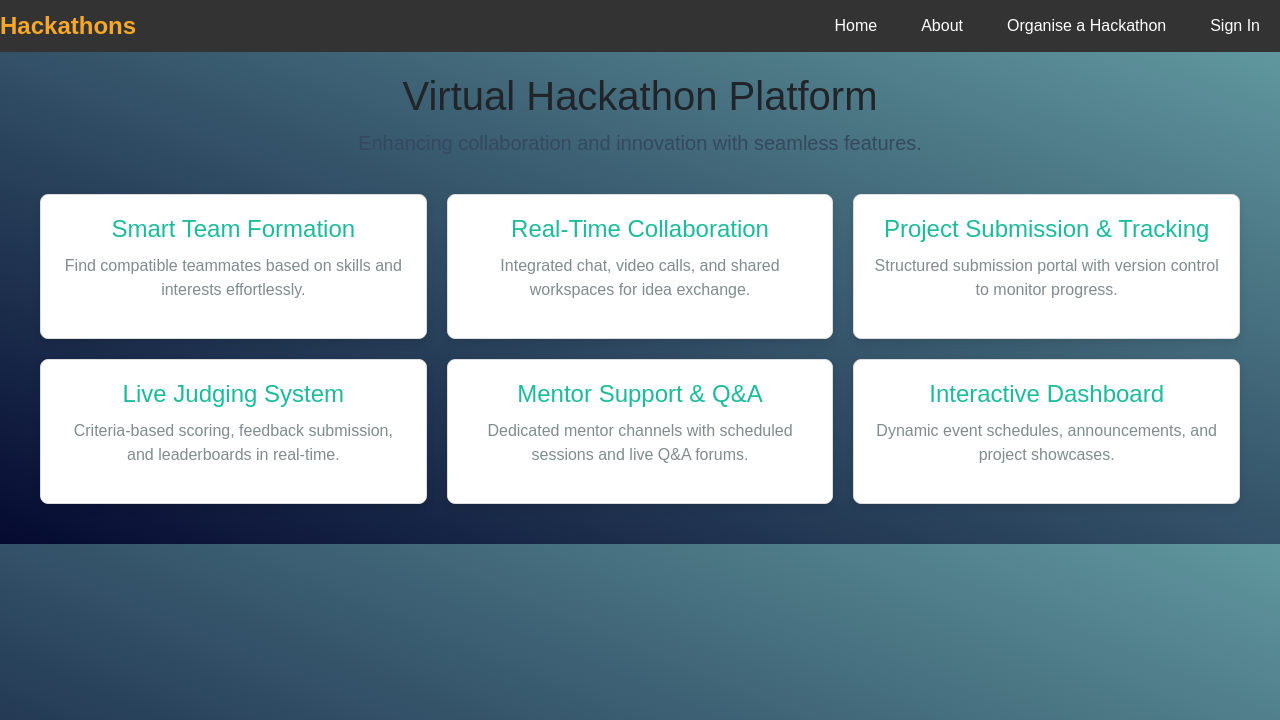
Repository: Ken-Kanike/RUBIX25_41_TECHTITANS
Page: / (app in backend/client/)
The author's editor kept a copy of each file at every save. The page is drawn from the files as they stood at one save, then again after the next save.
The browser window is 1280 px wide. The pictures show the whole page.
The project was rebuilt for these pictures with package versions that can differ from the ones it lists, and the page was loaded fresh each time. Also part of the build but not shown: backend/client/src/signin.js, backend/client/src/dashboardUSER.css, backend/client/src/dashboardUnavbar.js, backend/client/src/dashboardUSER.js.

Above is the page before, as saved 2025-01-23 02:13:07.

### backend/client/public/index.html
<!DOCTYPE html>
<html lang="en">
  <head>
    <meta charset="utf-8" />
    <!-- <link rel="icon" href="%PUBLIC_URL%/favicon.ico" /> -->
    <meta name="viewport" content="width=device-width, initial-scale=1" />
    <meta name="theme-color" content="#000000" />
    <!-- <meta
      name="description"
      content="Web site created using create-react-app"
    />
    <link rel="apple-touch-icon" href="%PUBLIC_URL%/logo192.png" />

      manifest.json provides metadata used when your web app is installed on a
      user's mobile device or desktop. See https://developers.google.com/web/fundamentals/web-app-manifest/

    <link rel="manifest" href="%PUBLIC_URL%/manifest.json" /> -->

    <title>React App</title>
    <link
      href="https://cdnjs.cloudflare.com/ajax/libs/font-awesome/5.15.3/css/all.min.css"
      rel="stylesheet"
    />
  </head>
  <body>
    <noscript>You need to enable JavaScript to run this app.</noscript>
    <div id="root"></div>

  </body>
</html>

### backend/client/src/App.js
import React from 'react';
import { BrowserRouter as Router, Route, Routes } from 'react-router-dom';
import Navbar from './navbar';
import HomePage from './homepage';
import SignInPage from './signin';
import Dashboard from "./dashboardUSER";
import './App.css';

function App() {
  return (
    <Router>
      <Navbar />
      <Routes>
        <Route path="/" element={<HomePage />} />
        <Route path="/signin" element={<SignInPage />} />
        <Route path="/dashboard" element={<Dashboard />} />
      </Routes>
    </Router>
  );
}

export default App;

### backend/client/src/navbar.js

import React from 'react';
import { Link, useLocation } from 'react-router-dom';
import './navbar.css';

const Navbar = () => {
    const location = useLocation();

    return (
        <nav className="navbar">
            <div className="navbar-logo">Hackathons</div>
            <ul className="navbar-links">

                {location.pathname !== "/signin" && (
                    <li><Link to="/">Home</Link></li>
                )}
                <li><Link to="#about">About</Link></li>
                <li><Link to="#organise">Organise a Hackathon</Link></li>
                {location.pathname === "/signin" ? (
                    <li><Link to="/">Home</Link></li>
                ) : (
                    <li><Link to="/signin">Sign In</Link></li>
                )}
            </ul>
        </nav>
    );
};

export default Navbar;

### backend/client/src/homepage.js
import React from 'react';
import './homepage.css';

const HomePage = () => {
    return (
        <div className="homepage-container">
            <h1>Virtual Hackathon Platform</h1>
            <p>Enhancing collaboration and innovation with seamless features.</p>

            <div className="features-section">
                <div className="feature-box">
                    <h2>Smart Team Formation</h2>
                    <p>Find compatible teammates based on skills and interests effortlessly.</p>
                </div>
                <div className="feature-box">
                    <h2>Real-Time Collaboration</h2>
                    <p>Integrated chat, video calls, and shared workspaces for idea exchange.</p>
                </div>
                <div className="feature-box">
                    <h2>Project Submission & Tracking</h2>
                    <p>Structured submission portal with version control to monitor progress.</p>
                </div>
                <div className="feature-box">
                    <h2>Live Judging System</h2>
                    <p>Criteria-based scoring, feedback submission, and leaderboards in real-time.</p>
                </div>
                <div className="feature-box">
                    <h2>Mentor Support & Q&A</h2>
                    <p>Dedicated mentor channels with scheduled sessions and live Q&A forums.</p>
                </div>
                <div className="feature-box">
                    <h2>Interactive Dashboard</h2>
                    <p>Dynamic event schedules, announcements, and project showcases.</p>
                </div>
            </div>
        </div>
    );
};

export default HomePage;

### backend/client/src/App.css
body {
  margin: 0;
  padding: 0;
  background: linear-gradient(to bottom left, #60979e, #050a30);
  color: #e2d6c7;
  font-family: Arial, sans-serif;
}
.App {
  text-align: center;
}

.App-logo {
  height: 40vmin;
  pointer-events: none;
}

@media (prefers-reduced-motion: no-preference) {
  .App-logo {
    animation: App-logo-spin infinite 20s linear;
  }
}

.App-header {
  background-color: #282c34;
  min-height: 100vh;
  display: flex;
  flex-direction: column;
  align-items: center;
  justify-content: center;
  font-size: calc(10px + 2vmin);
  color: white;
}

.App-link {
  color: #61dafb;
}

@keyframes App-logo-spin {
  from {
    transform: rotate(0deg);
  }
  to {
    transform: rotate(360deg);
  }
}

### backend/client/src/navbar.css

.navbar {
    display: flex;
    justify-content: space-between;
    align-items: center;
    padding: 0.8rem 2rem;
    background-color: #333;
    color: white;
    font-family: Arial, sans-serif;
}

.navbar-logo {
    font-size: 1.5rem;
    font-weight: bold;
    color: #f9a825;
}

.navbar-links {
    list-style: none;
    display: flex;
    gap: 1.5rem;
    margin: 0;
    padding: 0;
}

.navbar-links li {
    display: inline;
}

.navbar-links a {
    text-decoration: none;
    color: white;
    font-size: 1rem;
    transition: color 0.3s ease;
}

.navbar-links a:hover {
    color: #f9a825;
}

### backend/client/src/homepage.css

.homepage-container {
    font-family: Arial, sans-serif;
    padding: 20px;
    text-align: center;
    background: linear-gradient(to bottom left, #60979e, #050a30);
}


h1 {
    color: #ffffff;
    font-size: 36px;
    margin-bottom: 10px;
}

p {
    font-size: 20px;
    color: #34495e;
    margin-bottom: 20px;
}


.features-section {
    display: grid;
    grid-template-columns: repeat(auto-fit, minmax(300px, 1fr));
    gap: 20px;
    padding: 20px;
}


.feature-box {
    background-color: #ffffff;
    border: 1px solid #ddd;
    border-radius: 8px;
    padding: 20px;
    box-shadow: 0 4px 8px rgba(0, 0, 0, 0.1);
    transition: transform 0.3s ease, box-shadow 0.3s ease;
}

.feature-box:hover {
    transform: translateY(-5px);
    box-shadow: 0 8px 16px rgba(0, 0, 0, 0.2);
}

.feature-box h2 {
    font-size: 24px;
    color: #1abc9c;
    margin-bottom: 10px;
}

.feature-box p {
    font-size: 16px;
    color: #7f8c8d;
}

### backend/client/src/dashboardUnavbar.css
/* Navbar Styles */
.navbar {
    display: flex;
    justify-content: space-between;
    align-items: center;
    padding: 10px 20px;
    background-color: #333;
    color: #fff;
}

.navbar-logo {
    font-size: 24px;
    font-weight: bold;
}

.navbar-links {
    list-style-type: none;
    margin: 0;
    padding: 0;
    display: flex;
}

.navbar-links li {
    margin-right: 20px;
}

.navbar-links li a {
    color: #fff;
    text-decoration: none;
}

.navbar-profile {
    position: relative;
}

.profile-circle {
    width: 40px;
    height: 40px;
    border-radius: 50%;
    background-color: #fff;
    display: flex;
    justify-content: center;
    align-items: center;
    overflow: hidden;
    cursor: pointer;
}

.profile-circle img {
    width: 100%;
    height: 100%;
    object-fit: cover;
}

.profile-circle span {
    font-size: 20px;
    color: #333;
}

Loaded but not shown: backend/client/src/index.js (common file); backend/client/src/index.css (common file); backend/client/src/reportWebVitals.js (common file)

After the next save:
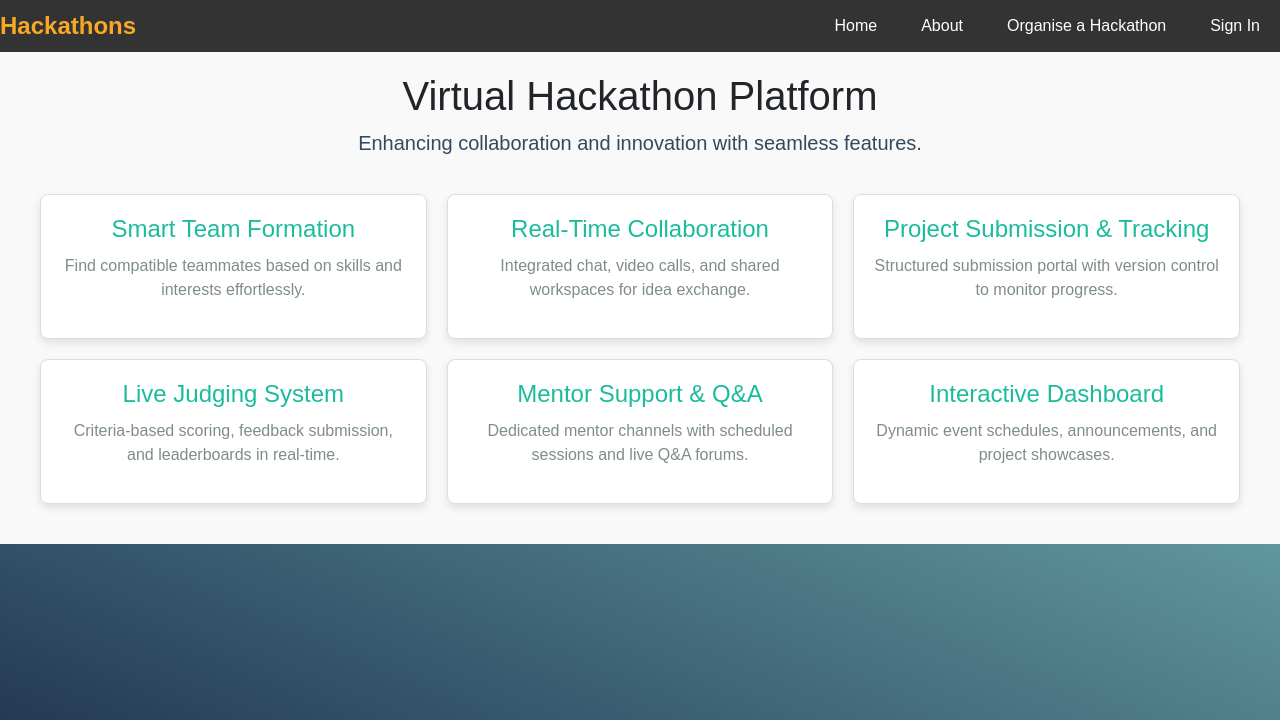
Saved 2 min 58 s later.
--- a/backend/client/src/homepage.css
+++ b/backend/client/src/homepage.css
@@ -3,12 +3,12 @@
     font-family: Arial, sans-serif;
     padding: 20px;
     text-align: center;
-    background: linear-gradient(to bottom left, #60979e, #050a30);
+    background-color: #f9f9f9;
 }
 
 
 h1 {
-    color: #ffffff;
+    color: #2c3e50;
     font-size: 36px;
     margin-bottom: 10px;
 }
